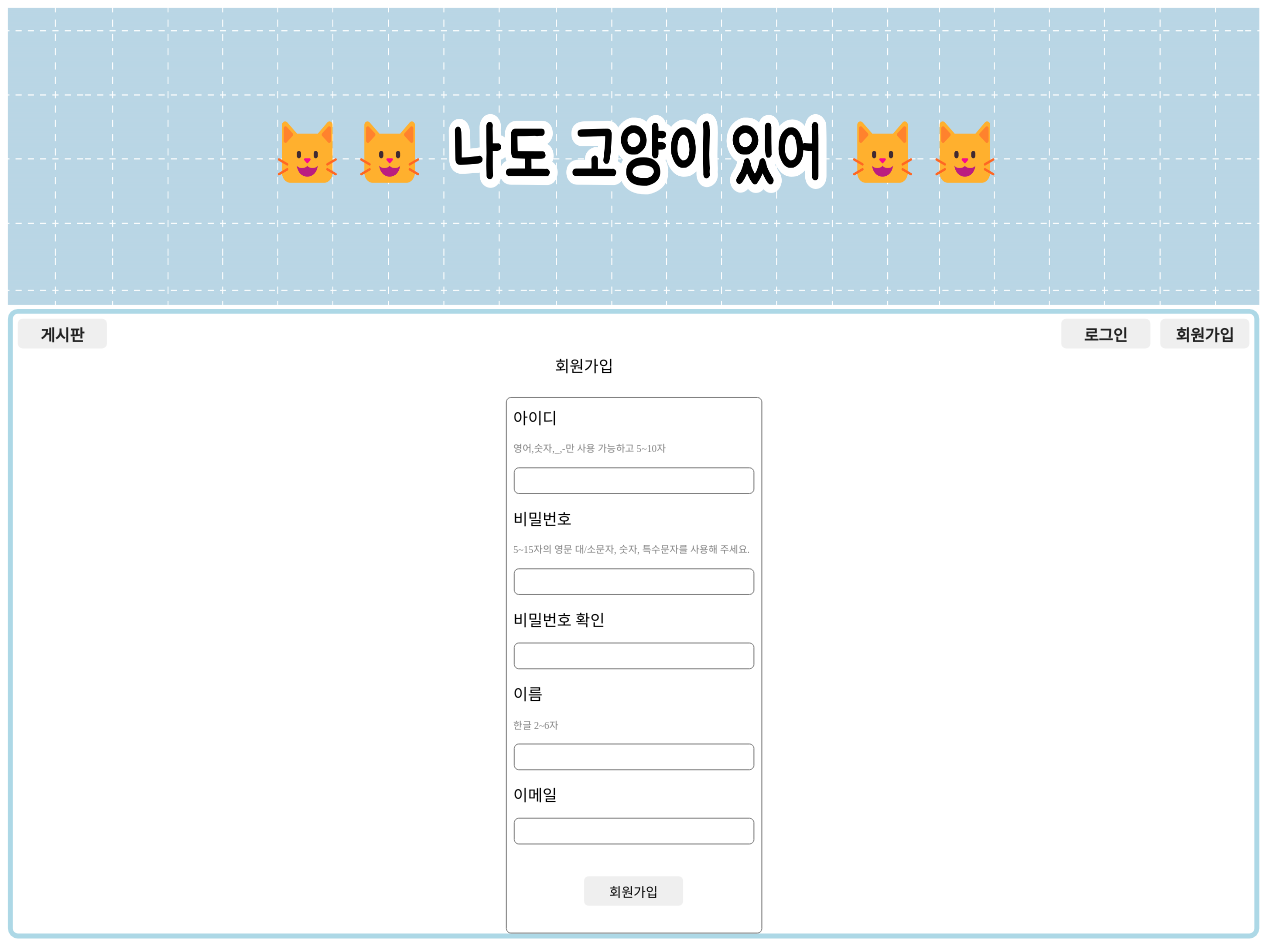
Repository: hh7711/Goit
Page: http://localhost/Goit/WEB-INF/views/signUpPage.jsp
An editor plug-in stored every save of this project. The page is shown before and after the next save, followed by the edit.
The browser window is 1280 px wide. The pictures show the whole page, at 99% of full size.
Some web fonts or font styles are not loaded; a fallback is used. The page is served by Tomcat 9. Nobody is signed in. Other server files are loaded and not shown. The template is opened directly, without the code that normally fills it, so the values that code supplies are empty.

Above is the page before, as saved 2023-08-03 06:58:50.

### Goit/src/main/webapp/WEB-INF/views/signUpPage.jsp
<%@ page language="java" contentType="text/html; charset=UTF-8"
    pageEncoding="UTF-8"%>
<%@ taglib prefix="c" uri="http://java.sun.com/jsp/jstl/core" %>
<!DOCTYPE html>
<html>
<head>
<meta charset="UTF-8">
<title>나도 고양이 있어</title>
    <style>
    	@font-face {
		    font-family: 'Dovemayo_gothic';
		    src: url('https://cdn.jsdelivr.net/gh/projectnoonnu/noonfonts_2302@1.1/Dovemayo_gothic.woff2') format('woff2');
		    font-weight: normal;
		    font-style: normal;
		}
		body,button,textarea {
			font-family: 'Dovemayo_gothic';
		}
		#main1{
			border: 5px solid lightblue;
			border-radius: 10px;
		}
    	.headBtn{
        	border: 0.5px;
        	width: 90px;
        	height: 30px;
        	color: rgb(34, 34, 34);
        	border-radius: 5px;
        	font-size: medium;
        	font-weight: bold;
        	margin-top: 5px; margin-left: 5px; margin-right: 5px; margin-bottom: 30px;
        }
        .headBtn:hover{
        	background-color: rgb(211, 253, 255);
        }
        .headId{
        	font-size: medium;
        	font-weight: bold;
        	margin-top: 8px; margin-left: 5px; margin-right: 5px; margin-bottom: 10px;
        }
        table{
            margin-left: auto; margin-right: auto;
            border: 0.2px solid gray;
            border-radius: 5px;
            align-content: center;
        }
        tr,td{
        	padding: 5px;
        }
        input{
            /* border-top: none; border-left: none; border-right: none; */
            /* border-bottom: 0.5px solid; */
            /* border-top-left-radius: 5px; border-top-right-radius: 5px; */
            border: 0.5px solid gray;
            border-radius: 5px;
            height: 23px;
            font-family: 'Dovemayo_gothic';
        }
        .write:focus{
            background-color: #E8F5FF;
            color: rgb(75, 75, 75);
            outline: none;
            /* box-shadow: 0 0 0 2px #f00; */
        }
        #signUp{
            border: none;
            border-radius: 5px;
            width: 100px;
            height: 30px;
        }
        #signUp:hover{
            background-color: #E8F5FF;
        }
    </style>
</head>
<body>
<!-- 상단 -->
<!-- 상단 -->
	<div>
		<a href="mainPage">
			<img style="height: 300px;" alt="오류" src="resources/main/main15.png" width="100%">
		</a>
	</div>
	<div id="main1">
		<button type="button" class="headBtn" style="float: left;" onclick="location.href='boardList'">게시판</button>
		<c:if test="${dto == null}">
			<button type="button" class="headBtn" style="float: right;" onclick="location.href='signUpPage'">회원가입</button>
			<button type="button" class="headBtn" style="float: right;" onclick="location.href='signInPage'">로그인</button>
		</c:if>
		<c:if test="${dto != null}">
			<button type="button" class="headBtn" style="float: right;" onclick="location.href='signOut'">로그아웃</button>&nbsp;
			<button type="button" class="headBtn" style="float: right;" onclick="location.href='myPage'">마이페이지</button>
			<span class="headId" style="float: right;">${dto.id}님</span>
		</c:if>
		<div style="text-align: center; padding: 20px; margin-top: 20px;">회원가입</div>
		<form method="post" action="signUp" name="signup">
	<!-- 		<table border="2px solid"> -->
			<table>
				<tr>
	                <td>아이디</td>
				</tr>
				<tr>
	                <td style="color: gray; font-size: x-small;">
	                	영어,숫자,_,-만 사용 가능하고 5~10자
	                </td>
				</tr>
	            <tr>
	                <td>
	                    <!-- <input type="text" name="id" id="id" placeholder="아이디를 입력하세요"> -->
	                    <input type="text" name="id" id="id" class="write" size="30" maxlength="10">
	                </td>
	            </tr>
				<tr id="idX" style="display: none;">
					<td>
	                   	사용할 수 없는 아이디입니다. 다른 아이디를 입력해 주세요.
	                </td>
				</tr>
				<tr id="idO" style="display: none;">
	                <td>
		                    사용 가능한 아이디 입니다.
	                </td>
				</tr>
				<tr>
	                <td>
	                	비밀번호
	                </td>
				</tr>
				<tr>
	                <td style="color: gray; font-size: x-small;">
	                	5~15자의 영문 대/소문자, 숫자, 특수문자를 사용해 주세요.
	                </td>
				</tr>
	            <tr>
	                <td>
	                    <input type="password" id="pwd1" class="write" size="30" maxlength="15">
	                </td>
	            </tr>
				<tr>
	                <td>비밀번호 확인</td>
				</tr>
	            <tr>
	                <td>
	                    <input type="password" name="pwd" id="pwd2" class="write" size="30" maxlength="15">
	                </td>
	            </tr>
	            <tr id="pwdX" style="display: none;">
	                <td>
	                    비밀번호가 일치하지 않습니다.
	                </td>
	            </tr>
	            <tr id="pwdO" style="display: none;">
	                <td>
						비밀번호가 일치합니다.
	                </td>
	            </tr>
				<tr>
	                <td>이름</td>
				</tr>
				<tr>
	                <td style="color: gray; font-size: x-small;">
	                	한글 2~6자
	                </td>
				</tr>
	            <tr>
	                <td colspan="2">
	                    <input type="text" name="name" id="name" class="write" size="30" maxlength="6">
	                </td>
	            </tr>
				<tr>
	                <td>이메일</td>
				</tr>
	            <tr>
	                <td colspan="2">
	                    <input type="text" name="email" id="email" class="write" size="30">
	                </td>
	            </tr>
	            <tr>
	                <td align="center">
	                    <div style="margin: 20px;">
	                        <button type="button" id="signUp">회원가입</button>
	                    </div>
	                </td>
	            </tr>
			</table>
		</form>
	</div>
    <script src="https://ajax.googleapis.com/ajax/libs/jquery/3.3.1/jquery.min.js"></script>
    <script type="text/javascript">
        var idCheck = false;
        var pwdCheck = false;
        $("#id").on("propertychange change keyup paste input", function () {
        	var id = $(this).val();
            $.ajax({
                url: "idCheck",
                type: "post",
                data: {id : id},
                dataType: "json",
                success : function(result) {
                    if (result == 2) {
                        $("#idO").show();
                        $("#idX").hide();
                        idCheck = true;
                    }else if (result == 1) {
                        $("#idX").show();
                        $("#idO").hide();
                        idCheck;
                    }
                },
                error: function(){
                    alert("오류");
                }
            });
        });
        $("#pwd2").on("propertychange change keyup paste input", function () {
        	console.log("비밀번호 입력중")
			if ($("#pwd1").val() != $("#pwd2").val()) {
			    $("#pwdX").show();
			    $("#pwdO").hide();
			}else if ($("#pwd1").val() == $("#pwd2").val()) {
			    $("#pwdO").show();
			    $("#pwdX").hide();
			}
        });
//      아이디, 비밀번호, 이름, 이메일 유효성검사를 위한 정규식
// 		영어,숫자,_,-만 사용 가능하고 5~10자
        var userIdCheck = RegExp(/^[A-Za-z0-9_\-]{5,10}$/);
//      영문 대/소문자, 숫자, 특수문자를 하나 이상 포함하여 5~15자
        var userPwdCheck = (/^(?=.*[a-z])(?=.*[A-Z])(?=.*[0-9])(?=.*[!@#$%^*?]).{5,15}$/);
//         한글 2~6자
        var userNameCheck = RegExp(/^[가-힣]{2,6}$/);

        var userEmailCheck = RegExp(/^[A-Za-z0-9_\.\-]+@[A-Za-z0-9\-]+\.[A-Za-z0-9\-]+/);

//      회원가입 버튼 눌렀을때
        $("#signUp").on("click", function() {
			if ($("#id").val() == "") {
				alert("아이디를 입력해주세요.");
				$("#id").focus();
				return false;
			}
			if(!userIdCheck.test($("#id").val())){
		        alert("아이디 형식에 맞게 입력해주세요.");
		        $("#id").focus();
		        return false;
	      	}
        	if (idCheck == false) {
        		alert("이미 존재하는 아이디 입니다.");
				$("#id").focus();
				return false;
			}
			if ($("#id").val().length < 5) {
				alert("아이디는 5글자 이상이여야 합니다");
				$("#id").focus();
				return false;
			}
			if ($("#pwd1").val() == "" || $("#pwd2").val() == "") {
				alert("비밀번호를 입력해주세요.");
				$("#pwd1").focus();
				return false;
			}
			if ($("#id").val() == $("#pwd1").val()) {
				alert("아이디를 비밀번호로 사용할 수 없습니다.");
				$("#pwd1").val("");
				$("#pwd1").focus();
				return false;
			}
			if ($("#pwd1").val().length < 5) {
				alert("비밀번호는 5자 이상이여야 합니다.");
				$("#pwd1").focus();
				return false;
			}
			if ($("#pwd1").val() != $("#pwd2").val()) {
				alert("비밀번호가 일치하지 않습니다.");
				$("#pwd1").focus();
				return false;
			}
			if(!userPwdCheck.test($("#pwd1").val())){
		        alert("비밀번호 형식에 맞게 입력해주세요.");
		        $("#pwd1").focus();
		        return false;
	      	}
			if ($("#name").val() == "") {
				alert("이름을 입력해주세요.");
				$("#name").focus();
				return false;
			}
			if(!userNameCheck.test($("#name").val())){
		        alert("이름똑바로~");
		        $("#name").focus();
		        return false;
	      	}
			if ($("#email").val() == "") {
				alert("이메일을 입력해주세요.");
				$("#email").focus();
				return false;
			}
			if(!userEmailCheck.test($("#email").val())){
		        alert("이메일주소가 올바르지 않습니다.");
		        $("#email").focus();
		        return false;
	      	}
			document.signup.submit();
		});
    </script>
</body>
</html>

After the next save:
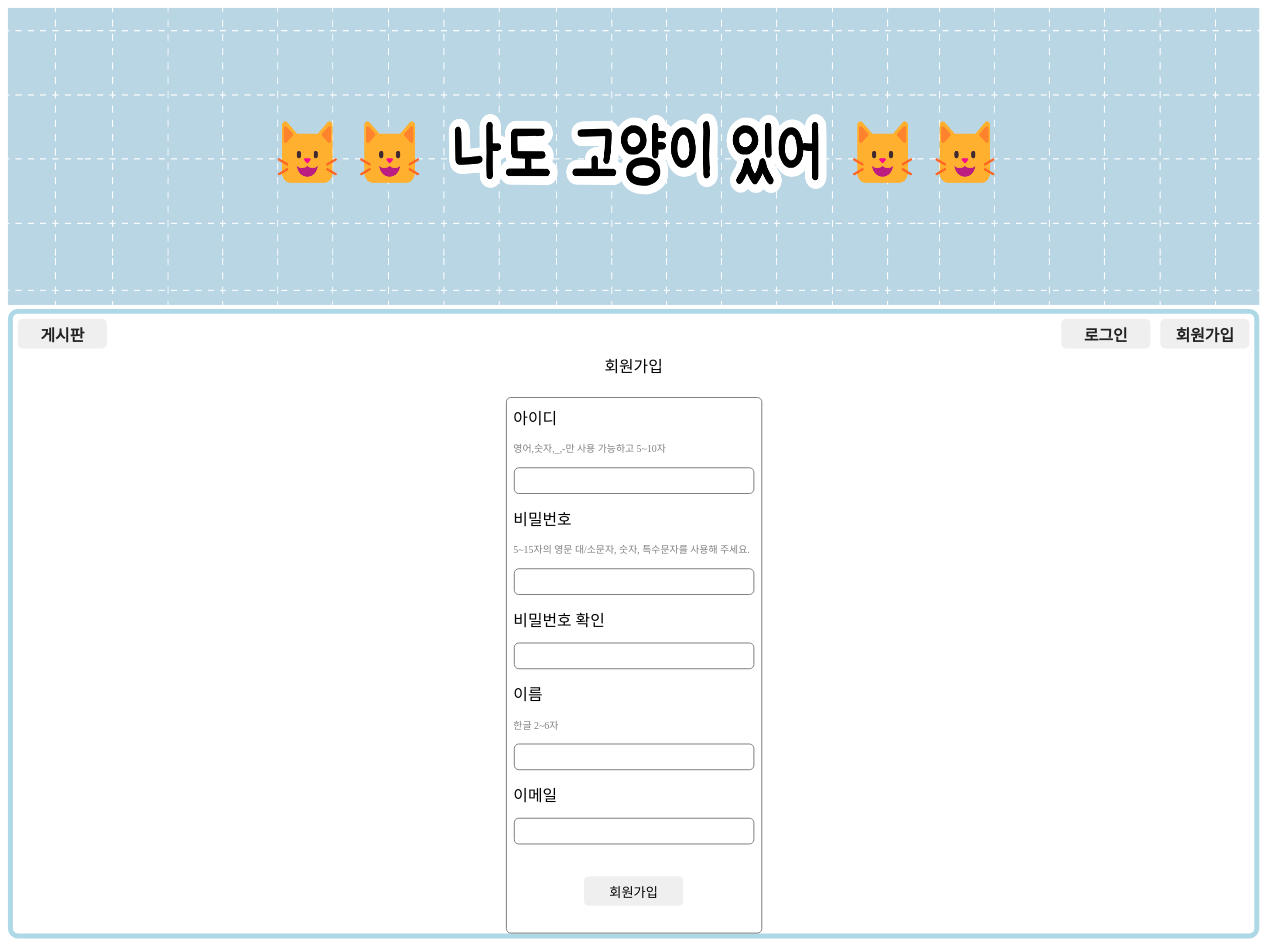
Saved 13 s later.
--- a/Goit/src/main/webapp/WEB-INF/views/signUpPage.jsp
+++ b/Goit/src/main/webapp/WEB-INF/views/signUpPage.jsp
@@ -28,7 +28,7 @@
         	border-radius: 5px;
         	font-size: medium;
         	font-weight: bold;
-        	margin-top: 5px; margin-left: 5px; margin-right: 5px; margin-bottom: 30px;
+        	margin: 5px;
         }
         .headBtn:hover{
         	background-color: rgb(211, 253, 255);
